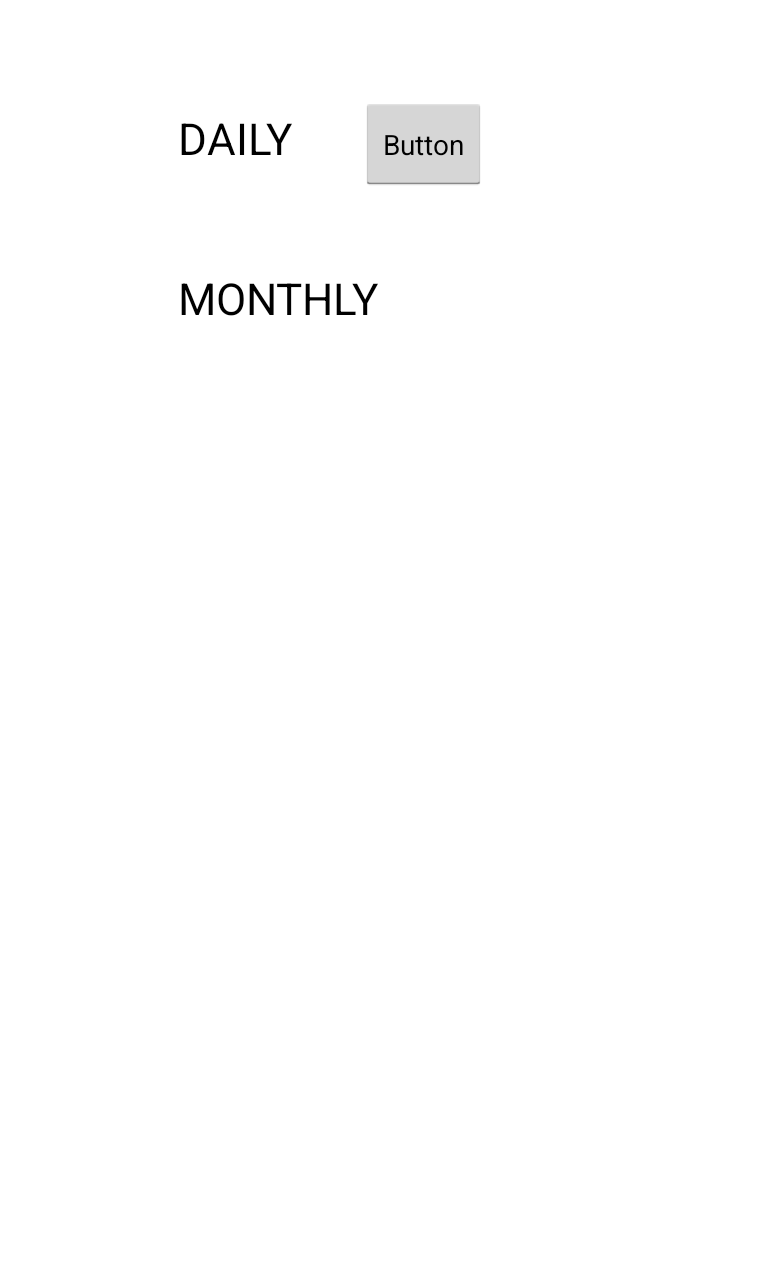
Repository: satyadarls/ToDo
Layout: ToDo/res/layout/activity_main.xml
These files come from the project's save history. The layout is drawn as it stood at one moment and after the next save; the edit follows.
It is drawn on a 768 x 1280 px phone screen (xhdpi) without system bars, with theme AppTheme; the app's code is not run.

Above is the layout before, as saved 2014-07-06 09:30:42.

After the next save:
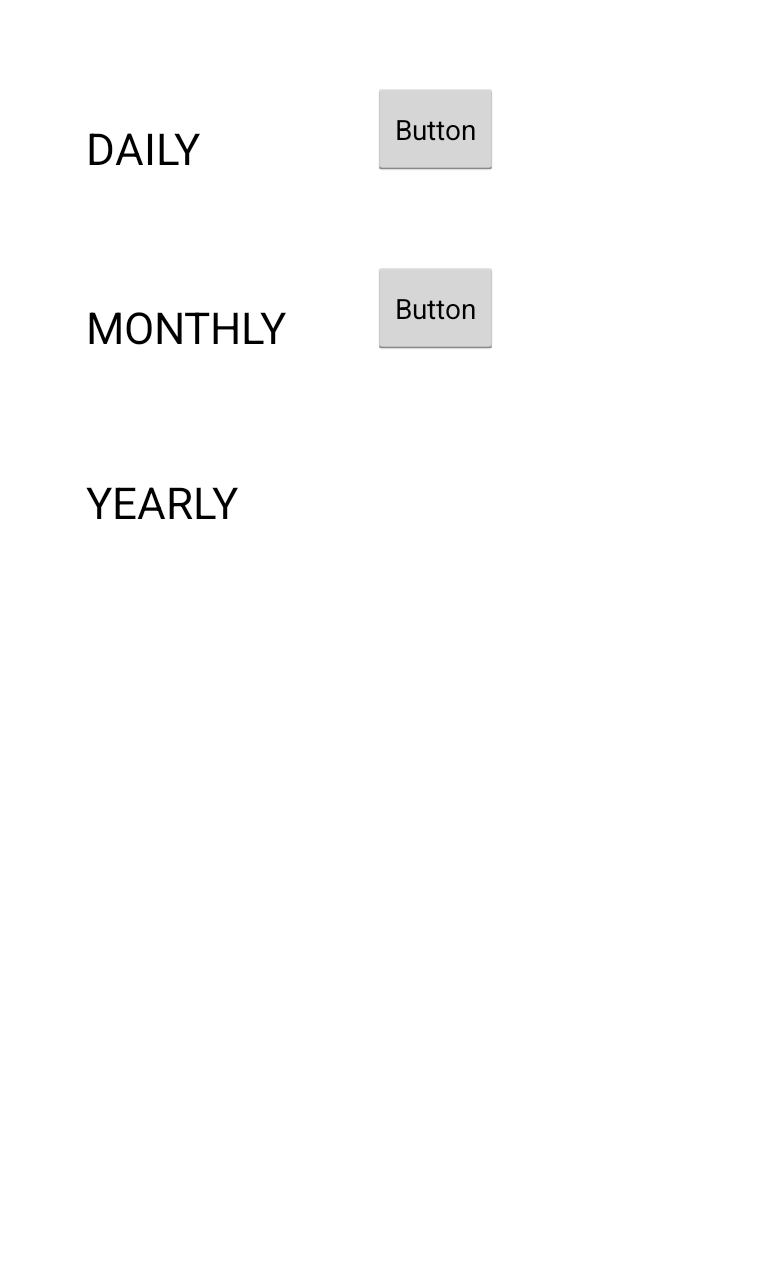
Saved 70 s later.
--- a/ToDo/res/layout/activity_main.xml
+++ b/ToDo/res/layout/activity_main.xml
@@ -9,8 +9,8 @@
         android:layout_height="wrap_content"
         android:layout_alignParentLeft="true"
         android:layout_alignParentTop="true"
-        android:layout_marginLeft="89dp"
-        android:layout_marginTop="54dp"
+        android:layout_marginLeft="43dp"
+        android:layout_marginTop="59dp"
         android:text="DAILY"
         android:textAppearance="?android:attr/textAppearanceLarge" />
 
@@ -19,10 +19,18 @@
         style="?android:attr/buttonStyleSmall"
         android:layout_width="wrap_content"
         android:layout_height="wrap_content"
-        android:layout_alignBaseline="@+id/textView1"
         android:layout_alignBottom="@+id/textView1"
-        android:layout_marginLeft="33dp"
-        android:layout_toRightOf="@+id/textView1"
+        android:layout_marginLeft="42dp"
+        android:layout_toRightOf="@+id/textView2"
+        android:text="Button" />
+
+    <Button
+        android:id="@+id/button2"
+        style="?android:attr/buttonStyleSmall"
+        android:layout_width="wrap_content"
+        android:layout_height="wrap_content"
+        android:layout_alignBottom="@+id/textView2"
+        android:layout_alignLeft="@+id/button1"
         android:text="Button" />
 
     <TextView
@@ -30,9 +38,19 @@
         android:layout_width="wrap_content"
         android:layout_height="wrap_content"
         android:layout_alignLeft="@+id/textView1"
-        android:layout_below="@+id/button1"
-        android:layout_marginTop="38dp"
+        android:layout_below="@+id/textView1"
+        android:layout_marginTop="60dp"
         android:text="MONTHLY"
         android:textAppearance="?android:attr/textAppearanceLarge" />
 
+    <TextView
+        android:id="@+id/textView3"
+        android:layout_width="wrap_content"
+        android:layout_height="wrap_content"
+        android:layout_alignLeft="@+id/textView2"
+        android:layout_below="@+id/textView2"
+        android:layout_marginTop="58dp"
+        android:text="YEARLY"
+        android:textAppearance="?android:attr/textAppearanceLarge" />
+
 </RelativeLayout>
